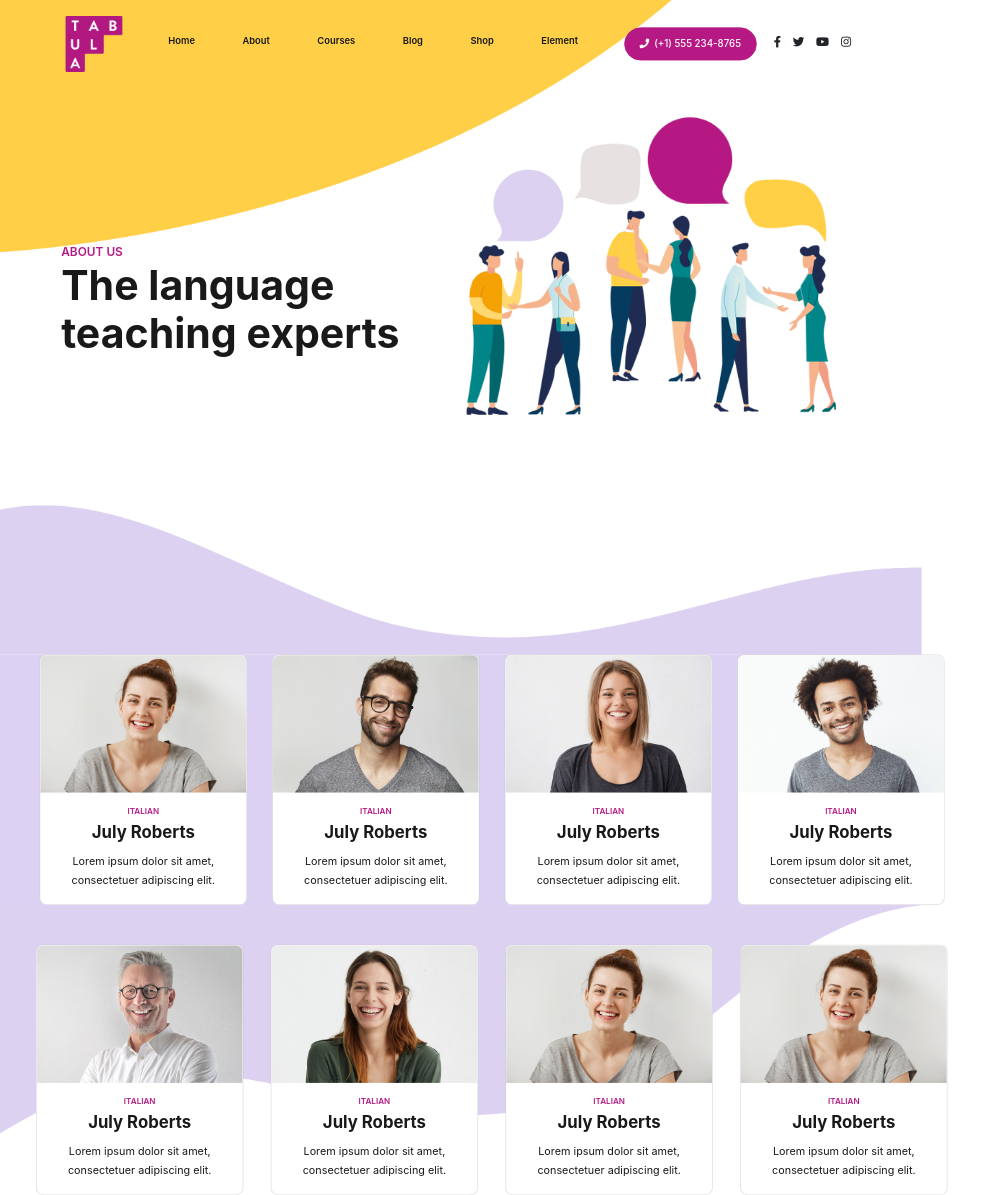
Repository: Khanh1234-glitch/TruongNguyenBaoKhanh_BC22_assignment__tabula
Page: Tabula/index.html
The author's editor kept a copy of each file at every save. The page is drawn from the files as they stood at one save, then again after the next save.
The browser window is 1280 px wide. The page is 1366 px wide, so the pictures cover 1366 px, including what lies to the right of the window. The pictures show the whole page, at 72% of full size.
The style sheet was rebuilt from its Sass, Less or Tailwind sources for each picture, by a compiler version that may differ from the author's.

Above is the page before, as saved 2022-04-18 09:11:26.

After the next save:
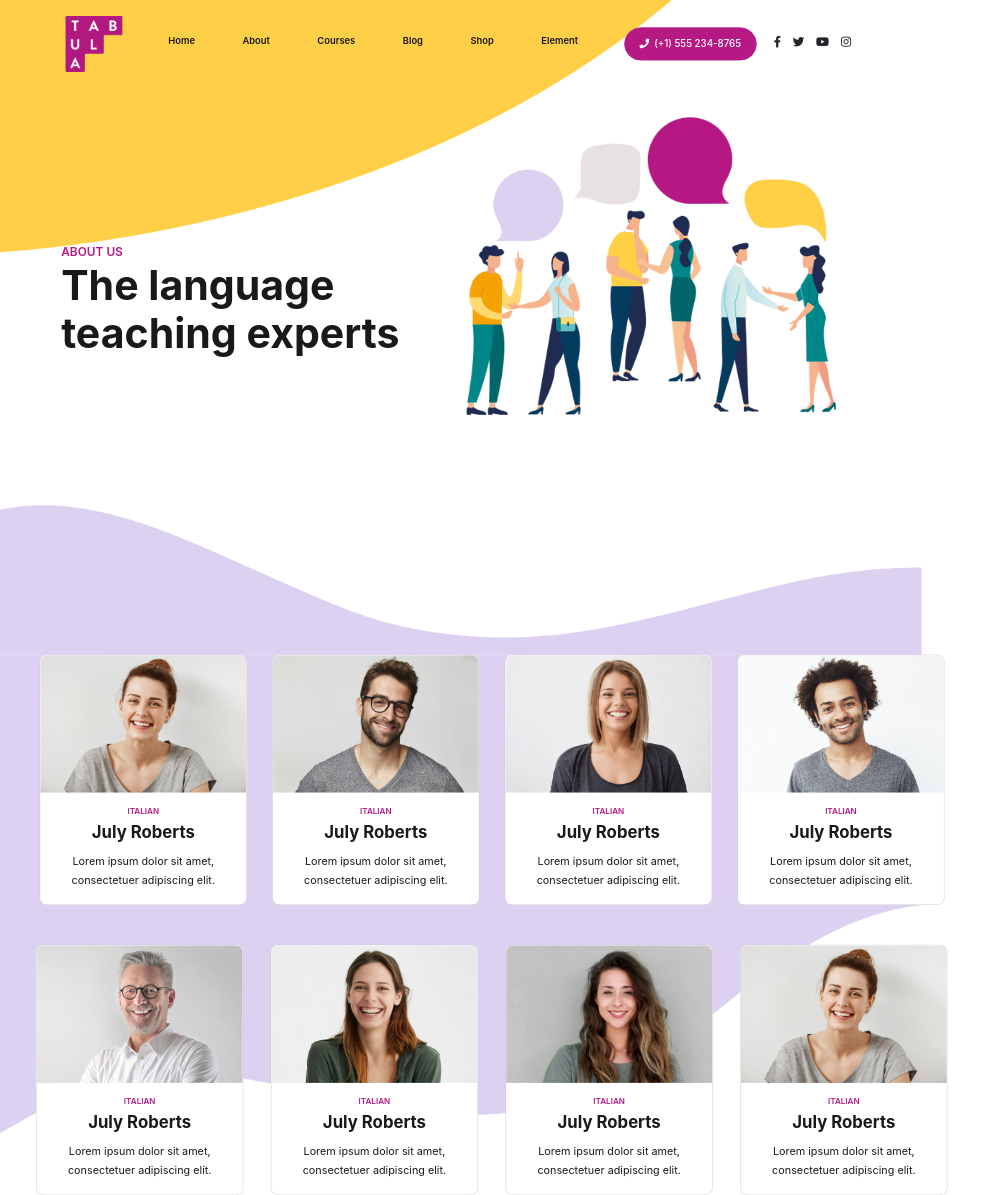
Saved 3 s later.
--- a/Tabula/index.html
+++ b/Tabula/index.html
@@ -138,7 +138,7 @@
                 </div>
                 <div class="card" style="width: 18rem;">
                     <div class="img-card">
-                        <img class="card-img-top" srcset="./img/teacher_1.jpg " alt="Card image cap">
+                        <img class="card-img-top" srcset="./img/teacher_7.jpg " alt="Card image cap">
                     </div>
                     <div class="card-body">
                         <p>ITALIAN</p>
